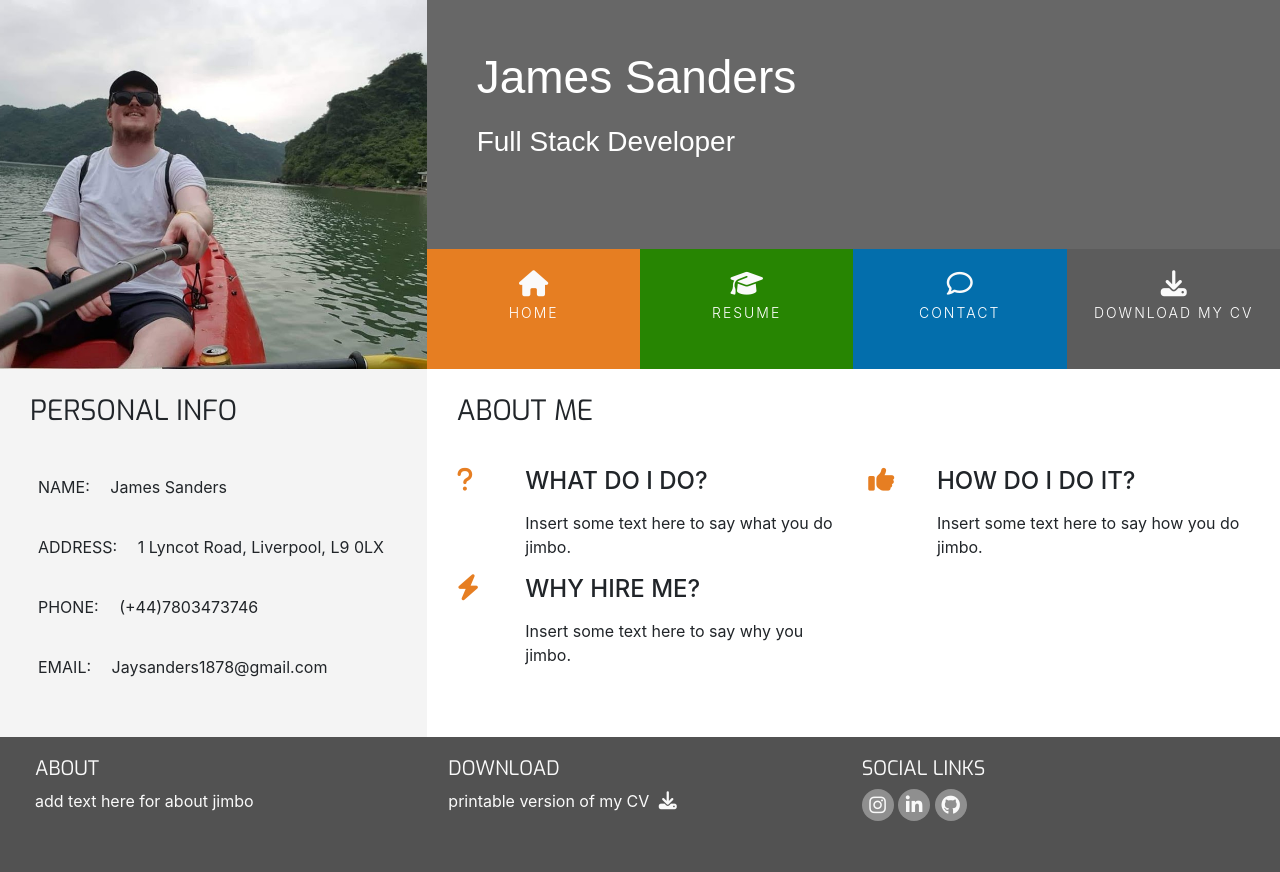
Repository: JaySanders95/my-online-resume
Page: index.html
An editor plug-in stored every save of this project. The page is shown before and after the next save, followed by the edit.
The browser window is 1280 px wide. The pictures show the whole page.
Some web fonts or font styles are not loaded; a fallback is used. Some web libraries are served in a nearby version.

Above is the page before, as saved 2023-04-19 21:21:49.

After the next save:
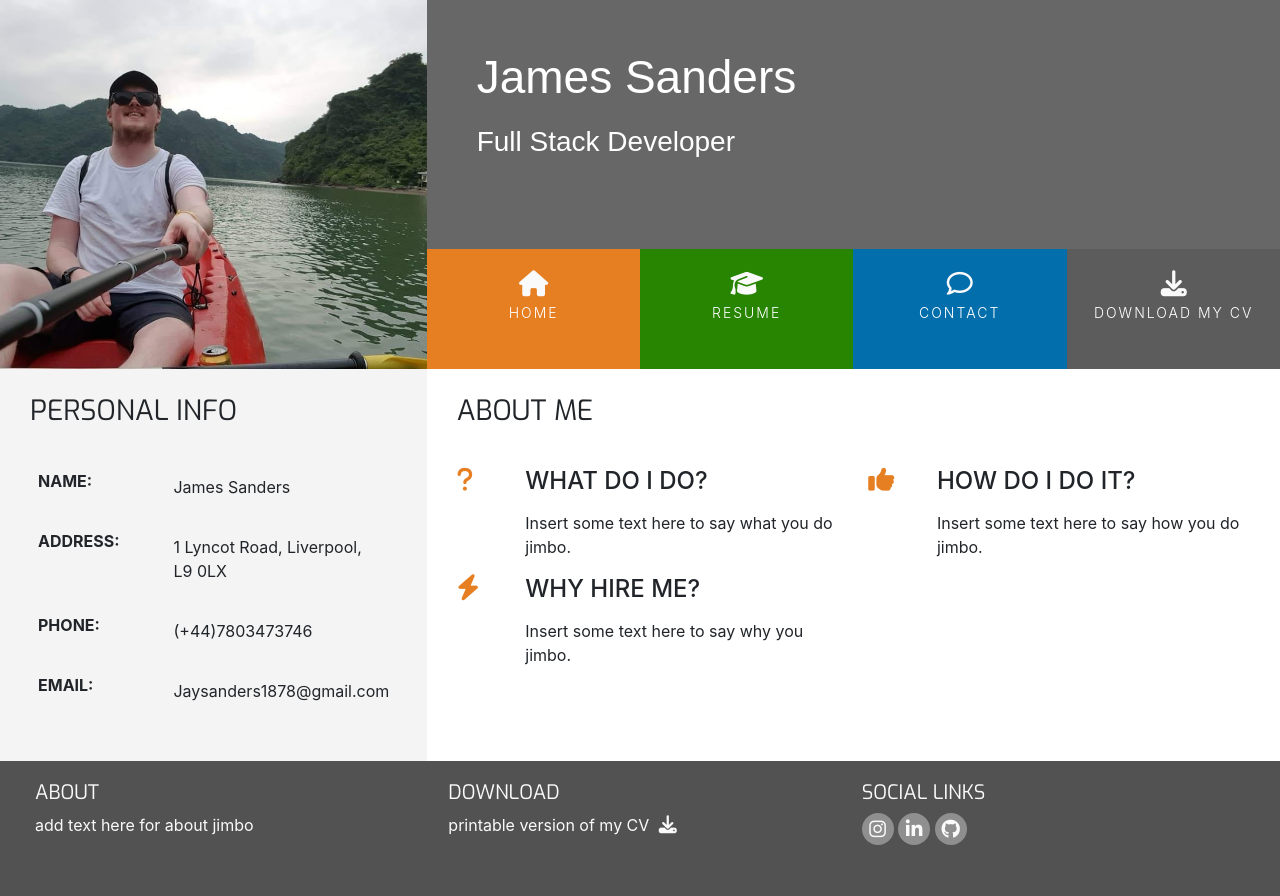
Saved 106 s later.
--- a/assets/css/style.css
+++ b/assets/css/style.css
@@ -242,3 +242,21 @@ footer {
 .personal-info-item .value p {
     margin: 0;
 }
+
+.personal-info-item .key {
+    width: 30%;
+    margin-right: 21px;
+    padding-top: 2px;
+    vertical-align: top;
+}
+
+.personal-info-item .key p {
+    font-weight: 700;
+
+}
+
+.personal-info-item .value {
+    position: relative;
+    width: 60%;
+
+}
